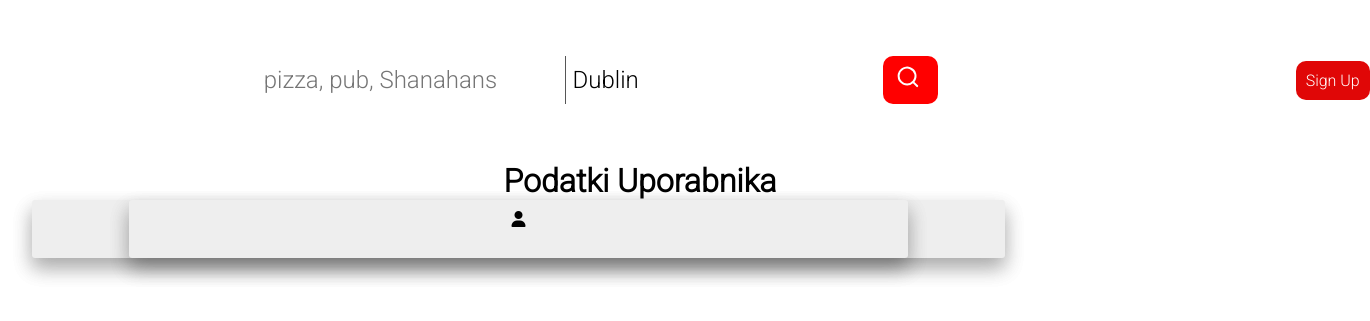
Repository: DomenJ2003/project1
Page: /user
These files come from the project's save history. The page is drawn as it stood at one moment and after the next save; the edit follows.
The browser window is 1280 px wide. The page is 1370 px wide, so the pictures cover 1370 px, including what lies to the right of the window. The pictures show the whole page.
The page's requests for data from a server got no answer. Some web libraries are served in a nearby version. The project was rebuilt for these pictures with package versions that can differ from the ones it lists, and the page was loaded fresh each time. No one was signed in, and anything a server would have sent is missing. Also part of the build but not shown: vite.config.js, src/Components/Sections/HeroSection.css, src/Components/Sections/HeroSection.jsx, src/Components/Sections/HomePageContent.jsx, src/Components/Pages/HomePage.jsx, src/Components/Pages/HelpPage.jsx.

Above is the page before, as saved 2022-08-20 21:53:15.

After the next save:
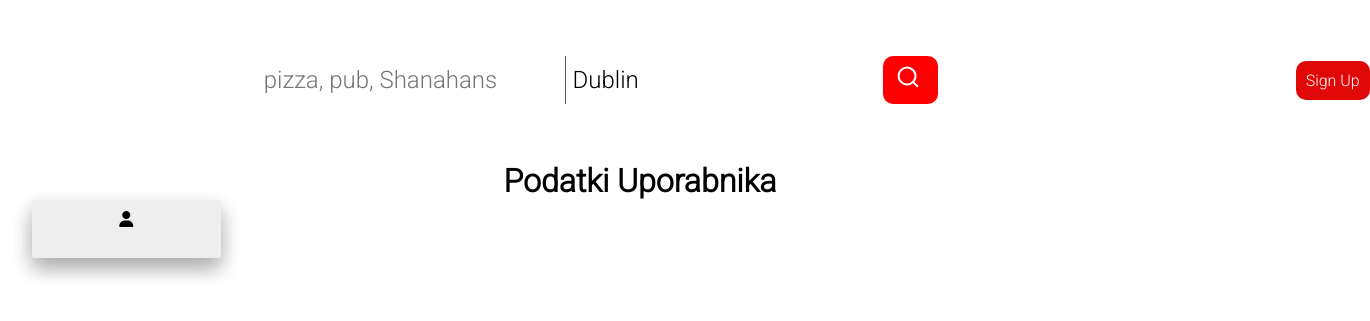
Saved 17 s later.
--- a/src/Components/Pages/UserPage.jsx
+++ b/src/Components/Pages/UserPage.jsx
@@ -33,7 +33,7 @@
   return (
     <>
       <h1>Podatki Uporabnika</h1>
-      <div className="card-container">
+      <div className="cards-container">
         <Card
           key={1}
           image={cardData.image}
